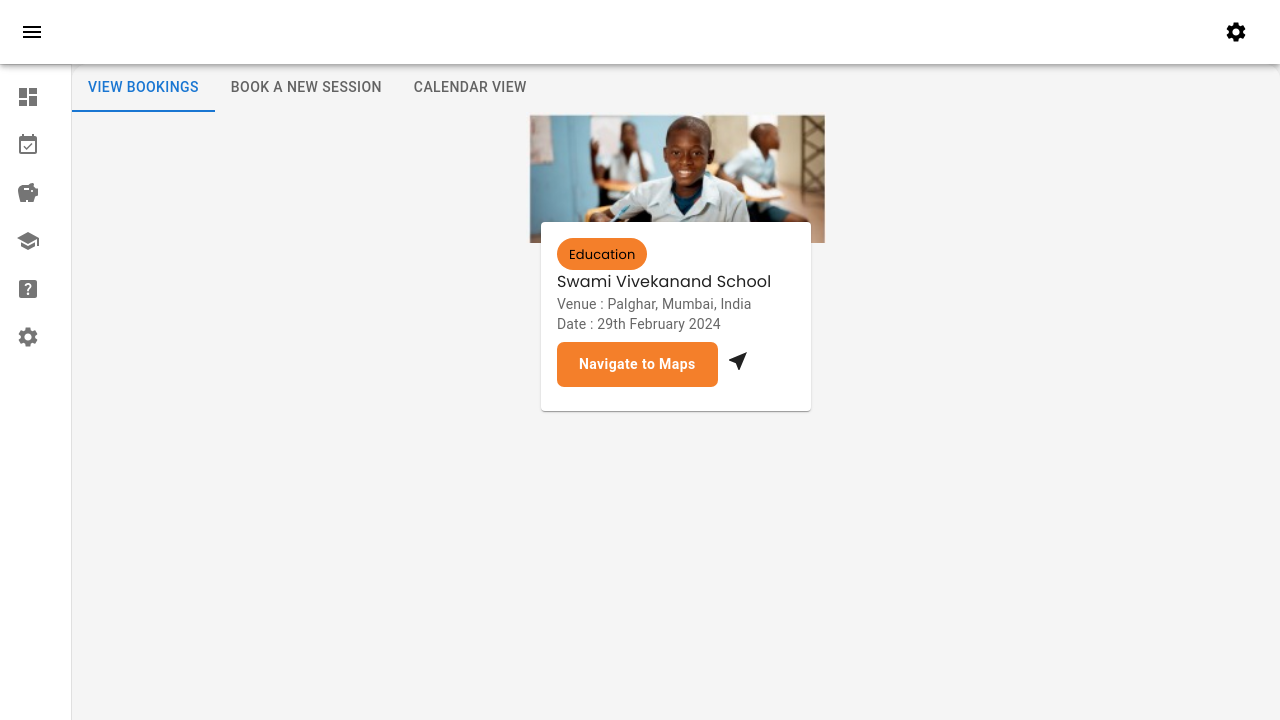
Repository: shubhampirate/Google_Solutions_Edural
Page: /bookings
The author's editor kept a copy of each file at every save. The page is drawn from the files as they stood at one save, then again after the next save.
The browser window is 1280 px wide. The pictures show the whole page.
An inner scrolling area shows only its first screen. The project was rebuilt for these pictures with package versions that can differ from the ones it lists, and the page was loaded fresh each time. Some packages were replaced by stand-ins written for this rebuild. Also part of the build but not shown: src/Components/Navbar.jsx, src/Components/Footer.jsx, src/Components/CongratsCard.jsx, src/pages/Hero/Hero.jsx, src/pages/Dashboard/Dashboard.jsx, src/pages/Sign_in.jsx, src/pages/Bookings/LicenseCard.jsx.

Above is the page before, as saved 2024-02-04 18:19:04.

After the next save:
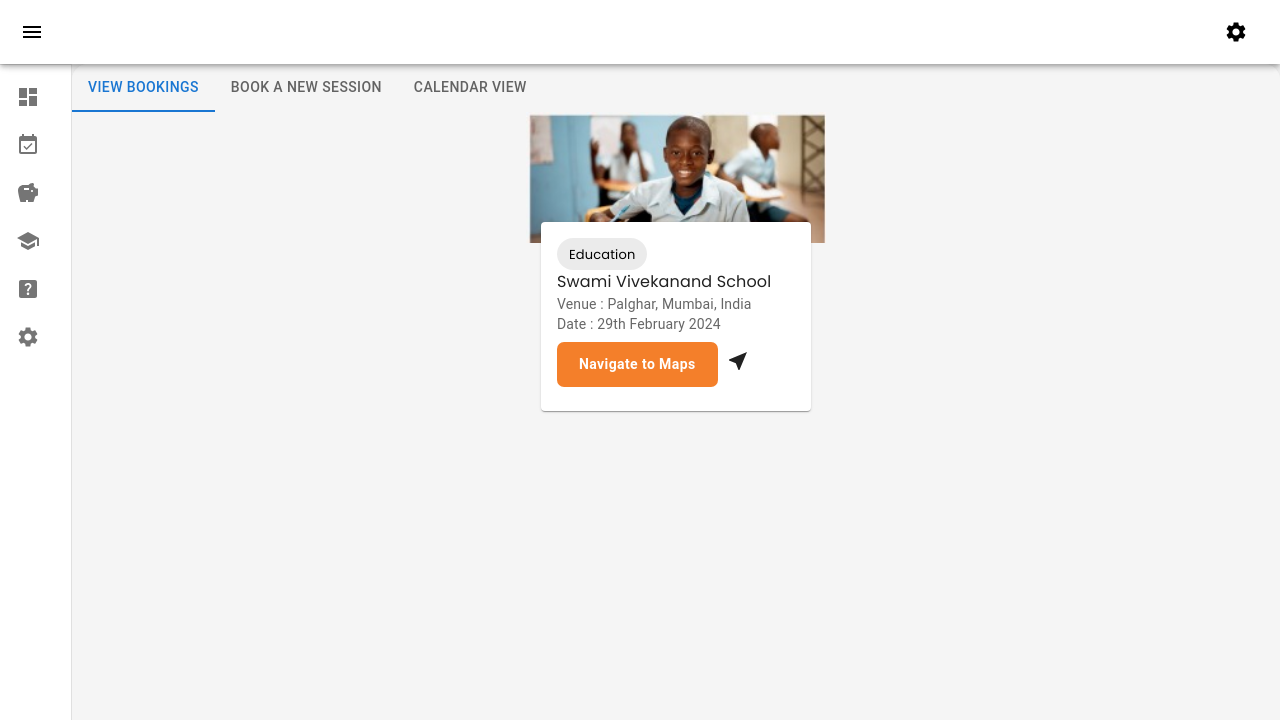
Saved 10 s later.
--- a/src/pages/Bookings/bookings.jsx
+++ b/src/pages/Bookings/bookings.jsx
@@ -88,7 +88,7 @@ export default function Booking() {
   size="sm"
   variant="soft"
   label="Education"
-  sx={{ backgroundColor: '#F47F2A', color: 'black', marginRight: '8px' }}
+  sx={{ backgroundColor: '#F47F2A 10%', color: 'black', marginRight: '8px' }}
 />
            <br />
            <Typography variant="h7" gutterBottom>
